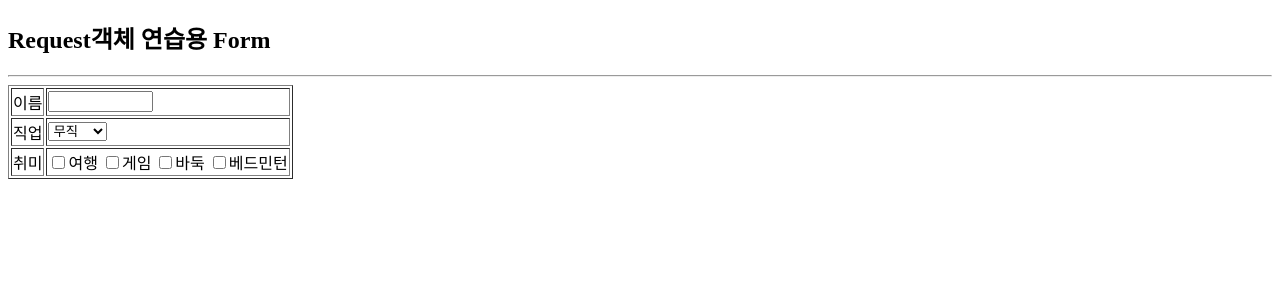
Repository: p2terkim/servletWork
Page: http://localhost/servletTest/basic/02/requestTest01.jsp
An editor plug-in stored every save of this project. The page is shown before and after the next save, followed by the edit.
The browser window is 1280 px wide. The pictures show the whole page.
The page is served by Tomcat 9. Other server files are loaded and not shown.

Above is the page before, as saved 2021-05-14 06:07:13.

### servletTest/WebContent/basic/02/requestTest01.jsp
<%@ page language="java" contentType="text/html; charset=UTF-8"
    pageEncoding="UTF-8"%>
<!DOCTYPE html>
<html>
<head>
<meta charset="UTF-8">
<title>Request연습용 Form</title>
</head>
<body>
   <h2>Request객체 연습용 Form</h2>
   <hr>
   <form name="textForm" method="post" action="/servletTest/requestTest01">
   <table border="1">
      <tr>
         <td>이름</td>
         <td><input type="text" size="10" name="username"></td>

      </tr>

      <tr>
         <td>직업</td>
         <td>
            <select name="job">
               <option value="무직">무직</option>
               <option value="회사원">회사원</option>
               <option value="전문직">전문직</option>
               <option value="학생">학생</option>
            </select>
         </td>
      </tr>

      <tr>
         <td>취미</td>
         <td>
            <input type="checkbox" name="hobby" value="여행">여행
            <input type="checkbox" name="hobby" value="게임">게임
            <input type="checkbox" name="hobby" value="바둑">바둑
            <input type="checkbox" name="hobby" value="베드민턴">베드민턴
         </td>
      </tr>

   </table>
   </form>
</body>
</html>

After the next save:
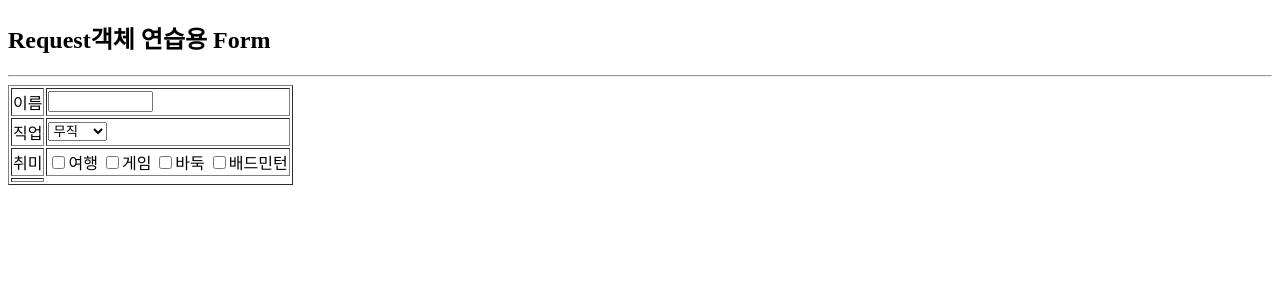
Saved 6 min 36 s later.
--- a/servletTest/WebContent/basic/02/requestTest01.jsp
+++ b/servletTest/WebContent/basic/02/requestTest01.jsp
@@ -35,8 +35,12 @@
             <input type="checkbox" name="hobby" value="여행">여행
             <input type="checkbox" name="hobby" value="게임">게임
             <input type="checkbox" name="hobby" value="바둑">바둑
-            <input type="checkbox" name="hobby" value="베드민턴">베드민턴
+            <input type="checkbox" name="hobby" value="배드민턴">배드민턴
          </td>
+      </tr>
+      <tr>
+      	<td>
+      	</td>
       </tr>
 
    </table>
